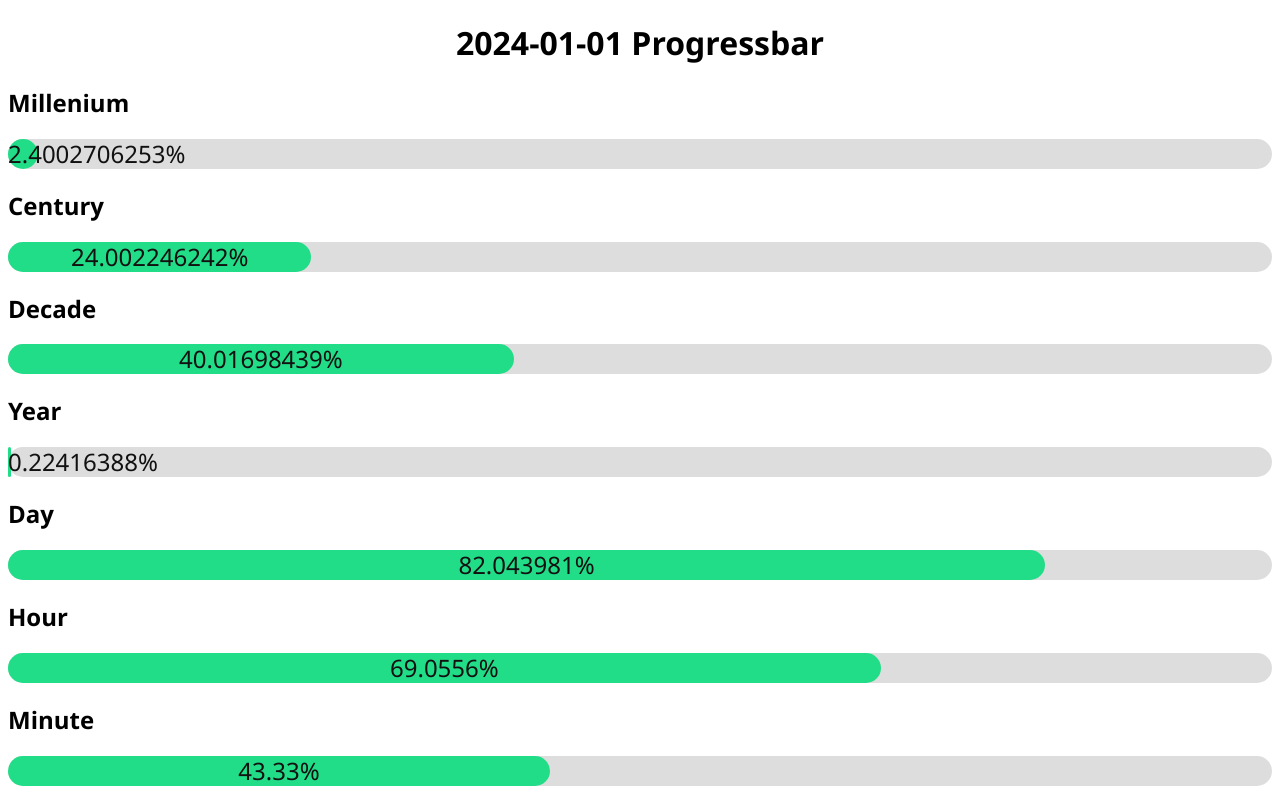
Repository: end888160/end888160.github.io
Page: progress_clock2.html
The author's editor kept a copy of each file at every save. The page is drawn from the files as they stood at one save, then again after the next save.
The browser window is 1280 px wide. The pictures show the whole page.

Above is the page before, as saved 2024-09-22 16:02:57.

### progress_clock2.html
<!DOCTYPE html>
<html>
<style>
	html {
		font-family: 'Segoe UI', Tahoma, Geneva, Verdana, sans-serif;
	}
.countDownProgress {
	width: 100%;
	background-color: #ddd;
	border-radius: 1cm;
}

.countDownBar {
	width: 10%;
	height: 30px;
	background-color: #2d8;
	text-align: center;
	line-height: 30px;
	color: #111;
	border-radius:1cm;
	font-size: x-large;
	transition:ease 0.33s;
	cursor: wait;
}
	@media (prefers-color-scheme: dark) {
		.countDownProgress {
			background-color: #333;
		}
		.countDownBar {
			background-color: #496;
			color: #ddd;

		}
		html {
			color: #ddd;
			background-color: #222;
		}
	}
	@media only screen and (orientation: portrait) {
		.countDownBar {
			height: 50px;
			font-size: xx-large;
			padding-top: 2%;
		}
	}

</style>
<body>

<h1 id="caption" style="text-align: center;"></h1>

<h2>Millenium</h2>
<div id="millenium" class="countDownProgress">
	<div id="Millenium" class="countDownBar"></div>
</div>
<script>
	var i=0
function progress() {
	if (i == 0) {
		i = 1;
		var elem = document.getElementById("Millenium");
		var width = 0;
		function frame() {
			var countDownTarget = Math.floor(new Date().getFullYear()/1000+1)*1000;
			var countDownPast = Math.floor(new Date().getFullYear()/1000)*1000	;

			var empty = new Date().getTime() - new Date("Jan 1, " + countDownPast + " 00:00:00").getTime();
			var full = new Date("Jan 1, " + countDownTarget + " 00:00:00").getTime() - new Date("Jan 1, " + countDownPast + " 00:00:00").getTime();

			if (( empty / full ) >= 101) {
				clearInterval(id);
				i = 0;
			} else {
				elem.style.width = ( empty / full *100).toFixed(10) + "%";
				elem.innerHTML = ( empty / full *100 ).toFixed(10)  + "%";
			}
		}

	setInterval(frame, 50);
	}

}
function count() {
	progress();
	setTimeout(count, 1)
}
count()
</script>

<h2>Century</h2>
<div id="century" class="countDownProgress">
	<div id="Century" class="countDownBar"></div>
</div>
<script>
	var i=0
function progress() {
	if (i == 0) {
		i = 1;
		var elem = document.getElementById("Century");
		var width = 0;
		function frame() {
			var countDownTarget = Math.floor(new Date().getFullYear()/100+1)*100;
			var countDownPast = Math.floor(new Date().getFullYear()/100)*100	;

			var empty = new Date().getTime() - new Date("Jan 1, " + countDownPast + " 00:00:00").getTime();
			var full = new Date("Jan 1, " + countDownTarget + " 00:00:00").getTime() - new Date("Jan 1, " + countDownPast + " 00:00:00").getTime();

			if (( empty / full ) >= 101) {
				clearInterval(id);
				i = 0;
			} else {
				elem.style.width = ( empty / full *100).toFixed(9) + "%";
				elem.innerHTML = ( empty / full *100 ).toFixed(9)  + "%";
			}
		}

	setInterval(frame, 50);
	}

}
function count() {
	progress();
	setTimeout(count, 1)
}
count()
</script>


<h2>Decade</h2>
<div id="decade" class="countDownProgress">
	<div id="Decade" class="countDownBar"></div>
</div>
<script>
	var i=0
function progress() {
	if (i == 0) {
		i = 1;
		var elem = document.getElementById("Decade");
		var width = 0;
		function frame() {
			var countDownTarget = Math.floor(new Date().getFullYear()/10+1)*10;
			var countDownPast = Math.floor(new Date().getFullYear()/10)*10;

			var empty = new Date().getTime() - new Date("Jan 1, " + countDownPast + " 00:00:00").getTime();
			var full = new Date("Jan 1, " + countDownTarget + " 00:00:00").getTime() - new Date("Jan 1, " + countDownPast + " 00:00:00").getTime();

			if (( empty / full ) >= 101) {
				clearInterval(id);
				i = 0;
			} else {
				elem.style.width = ( empty / full *100).toFixed(8) + "%";
				elem.innerHTML = ( empty / full *100 ).toFixed(8)  + "%";
			}
		}

	setInterval(frame, 50);
	}

}
function count() {
	progress();
	setTimeout(count, 1)
}
count()
</script>



<h2>Year</h2>
<div id="year" class="countDownProgress">
	<div id="Year" class="countDownBar"></div>
</div>
<script>
	var i=0
function progress() {
	if (i == 0) {
		i = 1;
		var elem = document.getElementById("Year");
		var width = 0;
		function frame() {
			var countDownTarget = new Date().getFullYear() + 1;
			var empty = ( new Date().getTime() - new Date("Jan 1, " + ( countDownTarget - 1) + " 00:00:00"))
			var full = ( new Date("Jan 1, " + countDownTarget + " 00:00:00").getTime() - new Date("Jan 1, " + ( countDownTarget - 1) + " 00:00:00"))/100

			if (( empty / full ) >= 100) {
				clearInterval(id);
				i = 0;
			} else {
				elem.style.width = ( empty / full ).toFixed(8) + "%";
				elem.innerHTML = ( empty / full ).toFixed(8)  + "%";
			}
		}

	setInterval(frame, 50);
	}

}
function count() {
	progress();
	setTimeout(count, 1)
}
count()
</script>


<h2>Day</h2>
<div id="day" class="countDownProgress">
	<div id="Day" class="countDownBar"></div>
</div>
<script>
	var i=0
function progress() {
	if (i == 0) {
		i = 1;
		var elem = document.getElementById("Day");
		var width = 0;
		function frame() {
			var today = new Date();
			var year = today.getFullYear();
			var months = today.getMonth() + 1;
			var days = today.getDate();
			var month = months < 10 ? "0" + months : months;
			var day = days < 10 ? "0" + days : days;


			var empty = (new Date().getHours() * 3600000 + new Date().getMinutes() * 60000 + new Date().getSeconds() * 1000 + new Date().getMilliseconds())
			var full = 864000

			if (( empty / full ) >= 100) {
				clearInterval(id);
				i = 0;
			} else {
				document.getElementById("caption").innerHTML = year + "-" + month + "-" + day + " Progressbar";
				elem.style.width = ( empty / full ).toFixed(6) + "%";
				elem.innerHTML = ( empty / full ).toFixed(6)  + "%";
			}
		}

	setInterval(frame, 50);
	}

}
function count() {
	progress();
	setTimeout(count, 1)
}
count()
</script>


<h2>Hour</h2>
<div id="hour" class="countDownProgress">
	<div id="Hour" class="countDownBar"></div>
</div>
<script>
	var i=0
function progress() {
	if (i == 0) {
		i = 1;
		var elem = document.getElementById("Hour");
		var width = 0;
		function frame() {
			var empty = ( new Date().getMinutes() * 60000 + new Date().getSeconds() * 1000 + new Date().getMilliseconds())
			var full = 36000

			if (( empty / full ) >= 100) {
				clearInterval(id);
				i = 0;
			} else {
				elem.style.width = ( empty / full ).toFixed(4) + "%";
				elem.innerHTML = ( empty / full ).toFixed(4)  + "%";
			}
		}

	setInterval(frame, 50);
	}

}
function count() {
	progress();
	setTimeout(count, 1)
}
count()
</script>

<h2>Minute</h2>
<div id="minute" class="countDownProgress">
	<div id="Minute" class="countDownBar"></div>
</div>
<script>
	var i=0
function progress() {
	if (i == 0) {
		i = 1;
		var elem = document.getElementById("Minute");
		var width = 0;
		function frame() {
			var empty = (new Date().getSeconds() * 1000 + new Date().getMilliseconds())
			var full = 600

			if (( empty / full ) >= 100) {
				clearInterval(id);
				i = 0;
			} else {
				elem.style.width = ( empty / full ).toFixed(2) + "%";
				elem.innerHTML = ( empty / full ).toFixed(2)  + "%";
			}
		}

	setInterval(frame, 50);
	}

}
function count() {
	progress();
	setTimeout(count, 1)
}
count()
</script>


</body>
</html>

After the next save:
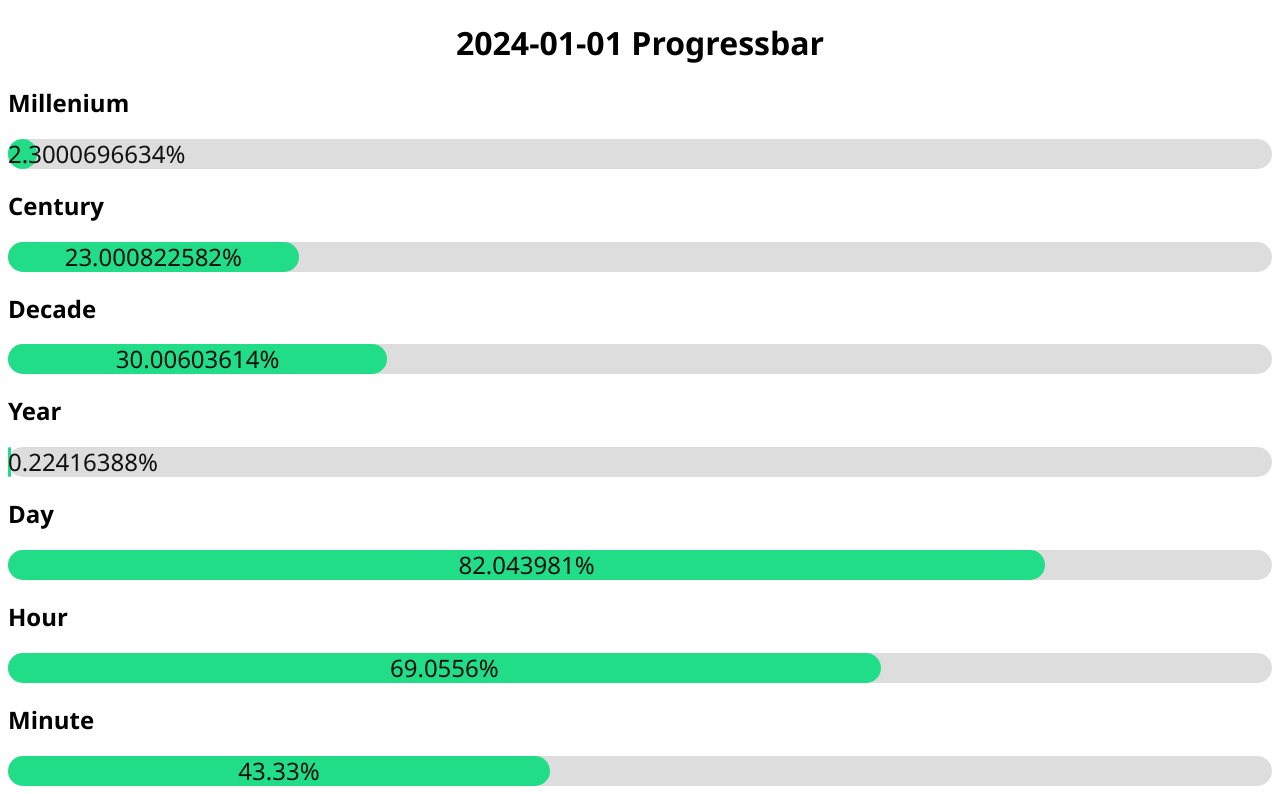
Saved 4 min 31 s later.
--- a/progress_clock2.html
+++ b/progress_clock2.html
@@ -61,8 +61,8 @@ function progress() {
 		var elem = document.getElementById("Millenium");
 		var width = 0;
 		function frame() {
-			var countDownTarget = Math.floor(new Date().getFullYear()/1000+1)*1000;
-			var countDownPast = Math.floor(new Date().getFullYear()/1000)*1000	;
+			var countDownTarget = Math.floor(new Date().getFullYear()/1000+1)*1000 +1;
+			var countDownPast = Math.floor(new Date().getFullYear()/1000)*1000 +1;
 
 			var empty = new Date().getTime() - new Date("Jan 1, " + countDownPast + " 00:00:00").getTime();
 			var full = new Date("Jan 1, " + countDownTarget + " 00:00:00").getTime() - new Date("Jan 1, " + countDownPast + " 00:00:00").getTime();
@@ -99,8 +99,8 @@ function progress() {
 		var elem = document.getElementById("Century");
 		var width = 0;
 		function frame() {
-			var countDownTarget = Math.floor(new Date().getFullYear()/100+1)*100;
-			var countDownPast = Math.floor(new Date().getFullYear()/100)*100	;
+			var countDownTarget = Math.floor(new Date().getFullYear()/100+1)*100 +1;
+			var countDownPast = Math.floor(new Date().getFullYear()/100)*100 +1;
 
 			var empty = new Date().getTime() - new Date("Jan 1, " + countDownPast + " 00:00:00").getTime();
 			var full = new Date("Jan 1, " + countDownTarget + " 00:00:00").getTime() - new Date("Jan 1, " + countDownPast + " 00:00:00").getTime();
@@ -138,8 +138,8 @@ function progress() {
 		var elem = document.getElementById("Decade");
 		var width = 0;
 		function frame() {
-			var countDownTarget = Math.floor(new Date().getFullYear()/10+1)*10;
-			var countDownPast = Math.floor(new Date().getFullYear()/10)*10;
+			var countDownTarget = Math.floor(new Date().getFullYear()/10+1)*10 +1;
+			var countDownPast = Math.floor(new Date().getFullYear()/10)*10 +1;
 
 			var empty = new Date().getTime() - new Date("Jan 1, " + countDownPast + " 00:00:00").getTime();
 			var full = new Date("Jan 1, " + countDownTarget + " 00:00:00").getTime() - new Date("Jan 1, " + countDownPast + " 00:00:00").getTime();
